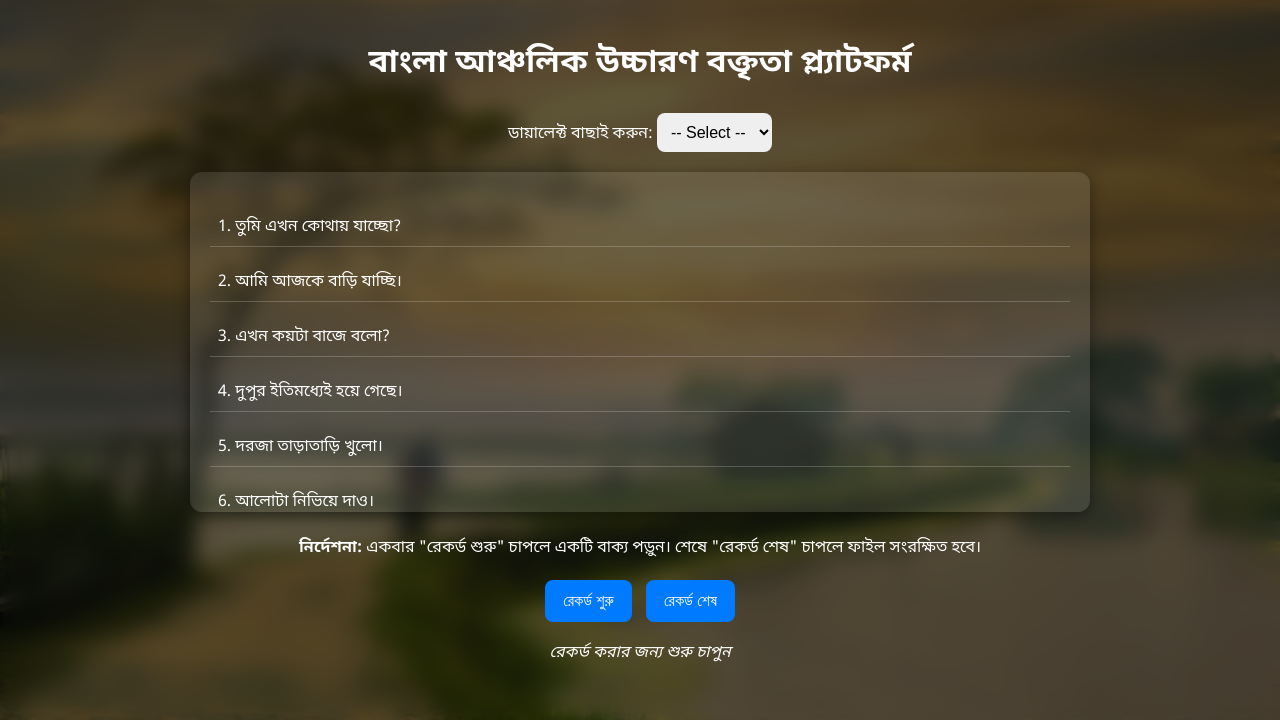
Repository: Sayeem-Velocity/shobdotori-where-dialects-flow-into-bangla
Page: index.html
These files come from the project's save history. The page is drawn as it stood at one moment and after the next save; the edit follows.
The browser window is 1280 px wide. The pictures show the whole page.

Above is the page before, as saved 2025-08-31 14:46:34.

### index.html
<!DOCTYPE html>
<html lang="bn">
<head>
  <meta charset="UTF-8">
  <meta name="viewport" content="width=device-width, initial-scale=1.0">
  <title>Bangla Dialect Speech UI</title>
  <link rel="stylesheet" href="css/style.css">
  <link rel="icon" type="image/png" href="images/image.png">
</head>
<body>
  <div class="overlay"></div>
  <div class="container">
    <h1 class="title">বাংলা আঞ্চলিক উচ্চারণ বক্তৃতা প্ল্যাটফর্ম</h1>

    <!-- Dropdown -->
    <div class="dropdown">
      <label for="dialect">ডায়ালেক্ট বাছাই করুন:</label>
      <select id="dialect">
        <option value="">-- Select --</option>
        <option value="mymensingh">ময়মনসিংহ</option>
        <option value="comilla">কুমিল্লা</option>
        <option value="noakhali">নোয়াখালী</option>
        <option value="feni">ফেনী</option>
        <option value="brahmanbaria">ব্রাহ্মণবাড়িয়া</option>
        <option value="gaibandha">গাইবান্ধা</option>
        <option value="kurigram">কুড়িগ্রাম</option>
        <option value="jessore">যশোর</option>
        <option value="kushtia">কুষ্টিয়া</option>
        <option value="jhenaidah">ঝিনাইদহ</option>
        <option value="bagerhat">বাগেরহাট</option>
        <option value="khulna">খুলনা</option>
        <option value="patuakhali">পটুয়াখালী</option>
        <option value="bhola">ভোলা</option>
        <option value="panchagarh">পঞ্চগড়</option>
        <option value="lalmonirhat">লালমনিরহাট</option>
        <option value="dinajpur">দিনাজপুর</option>
        <option value="rajshahi">রাজশাহী</option>
        <option value="natore">নাটোর</option>
        <option value="pabna">পাবনা</option>
        <option value="sirajganj">সিরাজগঞ্জ</option>
        <option value="chandpur">চাঁদপুর</option>
        <option value="lakshmipur">লক্ষ্মীপুর</option>
        <option value="sandwip">সন্দ্বীপ</option>
      </select>
    </div>

    <!-- Sentences -->
    <div id="sentences" class="sentence-box"></div>

    <!-- Recorder -->
    <div class="recorder">
      <p><b>নির্দেশনা:</b> একবার "রেকর্ড শুরু" চাপলে একটি বাক্য পড়ুন। শেষে "রেকর্ড শেষ" চাপলে ফাইল সংরক্ষিত হবে।</p>
      <button id="startBtn">রেকর্ড শুরু</button>
      <button id="stopBtn" disabled>রেকর্ড শেষ</button>
      <p id="status">রেকর্ড করার জন্য শুরু চাপুন</p>
    </div>
  </div>

  <script src="js/app.js"></script>
</body>
</html>

### css/style.css
body {
  margin: 0;
  font-family: "Noto Sans Bengali", sans-serif;
  color: #fff;
  background: url("../images/image1.png") no-repeat center center fixed;
  background-size: cover;
  overflow-x: hidden;
  position: relative;
}

/* blur overlay */
.overlay {
  position: fixed;
  top: 0; left: 0; right: 0; bottom: 0;
  background: rgba(0, 0, 0, 0.6);

  /* Blur for modern browsers */
  backdrop-filter: blur(10px);

  /* Safari / iOS fallback */
  -webkit-backdrop-filter: blur(10px);

  z-index: -1;
}

.container {
  max-width: 900px;
  margin: auto;
  padding: 30px;
  text-align: center;
  animation: fadeIn 2s ease-in-out;
}

.title {
  font-size: 32px;
  margin-bottom: 20px;
  animation: float 3s ease-in-out infinite;
}

.dropdown {
  margin-bottom: 20px;
}

select {
  padding: 10px;
  border-radius: 8px;
  border: none;
  font-size: 16px;
}

.sentence-box {
  background: rgba(255,255,255,0.1);
  border-radius: 12px;
  padding: 20px;
  margin-top: 20px;
  text-align: left;
  max-height: 300px;
  overflow-y: auto;
  box-shadow: 0 4px 15px rgba(0,0,0,0.4);
}

.sentence-box p {
  padding: 8px;
  border-bottom: 1px solid rgba(255,255,255,0.2);
  transition: transform 0.2s;
}

.sentence-box p:hover {
  transform: scale(1.05);
  background: rgba(255,255,255,0.15);
  cursor: pointer;
}

.recorder {
  margin-top: 25px;
}

button {
  background: #007bff;
  color: white;
  border: none;
  padding: 12px 18px;
  margin: 5px;
  border-radius: 8px;
  font-size: 16px;
  transition: all 0.3s;
}

button:hover {
  background: #0056b3;
  transform: translateY(-2px);
}

#status {
  margin-top: 15px;
  font-style: italic;
}

@keyframes float {
  0% { transform: translateY(0);}
  50% { transform: translateY(-10px);}
  100% { transform: translateY(0);}
}

@keyframes fadeIn {
  from { opacity: 0;}
  to { opacity: 1;}
}

### js/app.js
// 100 Sentences
const sentences = [
  "তুমি এখন কোথায় যাচ্ছো?", "আমি আজকে বাড়ি যাচ্ছি।", "এখন কয়টা বাজে বলো?", "দুপুর ইতিমধ্যেই হয়ে গেছে।",
  "দরজা তাড়াতাড়ি খুলো।", "আলোটা নিভিয়ে দাও।", "আমি কিছু খেতে চাই।", "ভাত একেবারে হয়ে গেছে।",
  "আমাকে একটু পানি দাও।", "আমি আজ খুব ক্লান্ত।", "চল আমরা বাইরে যাই।", "আমি এখনই আসছি।",
  "তুমি কি কাল আসবে?", "আজকে খুব গরম লাগছে।", "বাইরে বৃষ্টি পড়ছে।", "ছাতা নিয়ে যাও এখন।",
  "তুমি আজ কেমন আছো?", "আমি খুব ভালো আছি।", "এখানে এসে বসো।", "ওই বইটা আমাকে দাও।",
  "তোমার নামটা কী বলো?", "আমার নাম রফিক হাসান।", "তুমি কোথা থেকে আসছো?", "আমি চট্টগ্রাম শহর থেকে।",
  "তুমি কি পড়াশোনা করছো?", "আমি এখন বাংলা পড়ছি।", "দরজায় কে দাঁড়িয়েছে?", "আমি এখানেই ছিলাম।",
  "তুমি কি এখন ব্যস্ত?", "হ্যাঁ, আমি একটু ব্যস্ত।", "তুমি কি কিছু খাবে?", "আমি এক কাপ চা খাবো।",
  "ভাত খাওয়া শেষ হয়েছে?", "হ্যাঁ, এখনই শেষ হয়েছে।", "তুমি কি গান শুনছো?", "হ্যাঁ, আমি গান শুনছি।",
  "আমি মাঝে মাঝে গান গাই।", "টিভি এখনই চালাও।", "টিভি তাড়াতাড়ি বন্ধ করো।", "আমি বই পড়তে চাই।",
  "তোমার কলমটা কোথায়?", "কলমটা এখানেই আছে।", "আমাকে মোবাইলটা দাও তো।", "ফোনের চার্জ শেষ হয়ে গেছে।",
  "তোমার বাসা কোথায় বলো?", "আমার বাসা ঢাকার ভিতরে।", "আজ শুক্রবার সকাল।", "আগামীকাল ছুটির দিন।",
  "তুমি কি সত্যিই আসবে?", "হ্যাঁ, আমি অবশ্যই আসবো।", "তুমি আজ কেমন আছো?", "আমি মোটামুটি ভালো আছি।",
  "আজ আমি খুব খুশি।", "আমি অনেক দুঃখিত আছি।", "আমাকে ক্ষমা করে দাও।", "তোমাকে অনেক ধন্যবাদ।",
  "তুমি কি কফি খাবে?", "না, আমি শুধু চা খাবো।", "এখন আমার ঘুম পাচ্ছে।", "আমি ঘুমাতে যাচ্ছি।",
  "দরজাটা বন্ধ করে দাও।", "জানালাটা একটু খুলো।", "শীতল বাতাস আসছে।", "বৃষ্টি এখন থেমে গেছে।",
  "আমি কোথায় যাবো এখন?", "তুমি বাজারে চলে যাও।", "বাজার কতদূরে আছে?", "বাজারটা খুব কাছেই আছে।",
  "আমি হাঁটতে যাবো এখন।", "চল আমরা একসাথে হাঁটি।", "আমি নতুন বন্ধু চাই।", "তুমি আমার সেরা বন্ধু।",
  "তুমি কি এখন খুশি?", "হ্যাঁ, আমি সত্যিই খুশি।", "আজ স্কুল বন্ধ রয়েছে।", "আমি খেলতে যাচ্ছি।",
  "তুমি কি ফুটবল খেলবে?", "না, আমি ক্রিকেট খেলবো।", "আজ ম্যাচ শুরু হয়েছে।", "বাংলাদেশ আজ জিতেছে।",
  "আমি গান শুনছি এখন।", "তুমি কী পড়ছো বলো?", "হ্যাঁ, আমি বাংলা পড়ছি।", "আমি কবিতা লিখছি।",
  "তুমি কী কাজ করছো?", "আমি রান্না করছি এখন।", "খাওয়া তৈরি হয়েছে কি?", "হ্যাঁ, এখনই তৈরি হয়েছে।",
  "খেতে এসো সবাই।", "আমি তাড়াতাড়ি আসছি।", "আমাকে এখনই ডাকো।", "তুমি কই গিয়েছিলে বলো?",
  "আমি বাজারে গিয়েছিলাম।", "তুমি কী কিনেছো বলো?", "আমি ফলমূল কিনেছি।", "এই আমটা খুব মিষ্টি।",
  "আমি লিচু খেতে চাই।", "দুধটা এখন গরম আছে।", "চাল আনো ঘরের ভিতর।", "ডালটা আমাকে দাও।"
];

const sentenceBox = document.getElementById("sentences");
sentences.forEach((s, i) => {
  const p = document.createElement("p");
  p.textContent = (i+1) + ". " + s;
  sentenceBox.appendChild(p);
});

// 🎤 Recording
let mediaRecorder;
let audioChunks = [];
let fileIndex = 0;

const startBtn = document.getElementById("startBtn");
const stopBtn = document.getElementById("stopBtn");
const status = document.getElementById("status");
const dialectSelect = document.getElementById("dialect");

startBtn.onclick = async () => {
  const dialect = dialectSelect.value;
  if (!dialect) {
    alert("প্রথমে একটি ডায়ালেক্ট নির্বাচন করুন");
    return;
  }

  const stream = await navigator.mediaDevices.getUserMedia({ audio: true });
  mediaRecorder = new MediaRecorder(stream);
  mediaRecorder.start();
  audioChunks = [];

  mediaRecorder.ondataavailable = e => audioChunks.push(e.data);

  mediaRecorder.onstop = () => {
    const blob = new Blob(audioChunks, { type: "audio/wav" });
    const url = URL.createObjectURL(blob);

    // Create dialect folder path
    const fileName = `${dialect}_train (${fileIndex++}).wav`;
    const a = document.createElement("a");
    a.href = url;
    a.download = `audio/${dialect}/${fileName}`;
    a.click();
  };

  status.textContent = "রেকর্ড হচ্ছে... এখন একটি বাক্য পড়ুন।";
  startBtn.disabled = true;
  stopBtn.disabled = false;
};

stopBtn.onclick = () => {
  mediaRecorder.stop();
  status.textContent = "✅ রেকর্ড শেষ!";
  startBtn.disabled = false;
  stopBtn.disabled = true;
};

After the next save:
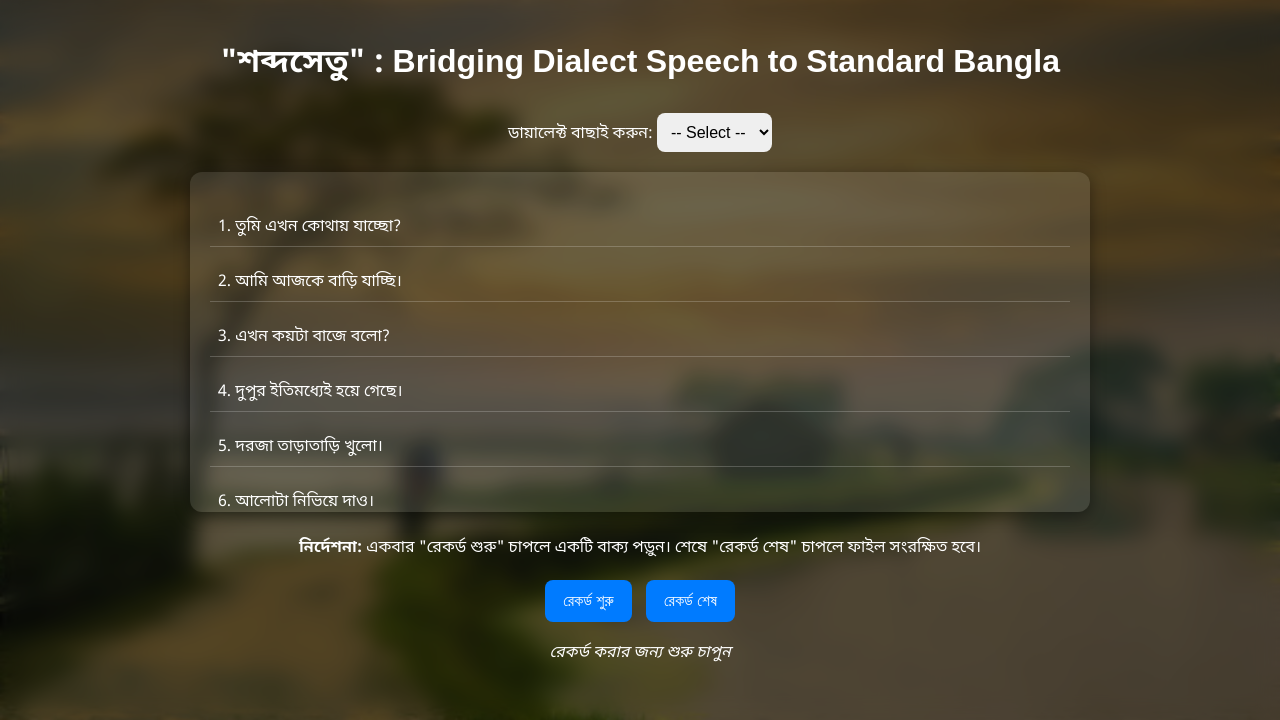
Saved 10 min 56 s later.
--- a/index.html
+++ b/index.html
@@ -3,14 +3,14 @@
 <head>
   <meta charset="UTF-8">
   <meta name="viewport" content="width=device-width, initial-scale=1.0">
-  <title>Bangla Dialect Speech UI</title>
+  <title>শব্দসেতু : Bridging Dialect Speech to Standard Bangla</title>
   <link rel="stylesheet" href="css/style.css">
   <link rel="icon" type="image/png" href="images/image.png">
 </head>
 <body>
   <div class="overlay"></div>
   <div class="container">
-    <h1 class="title">বাংলা আঞ্চলিক উচ্চারণ বক্তৃতা প্ল্যাটফর্ম</h1>
+    <h1 class="title">"শব্দসেতু" : Bridging Dialect Speech to Standard Bangla</h1>
 
     <!-- Dropdown -->
     <div class="dropdown">
